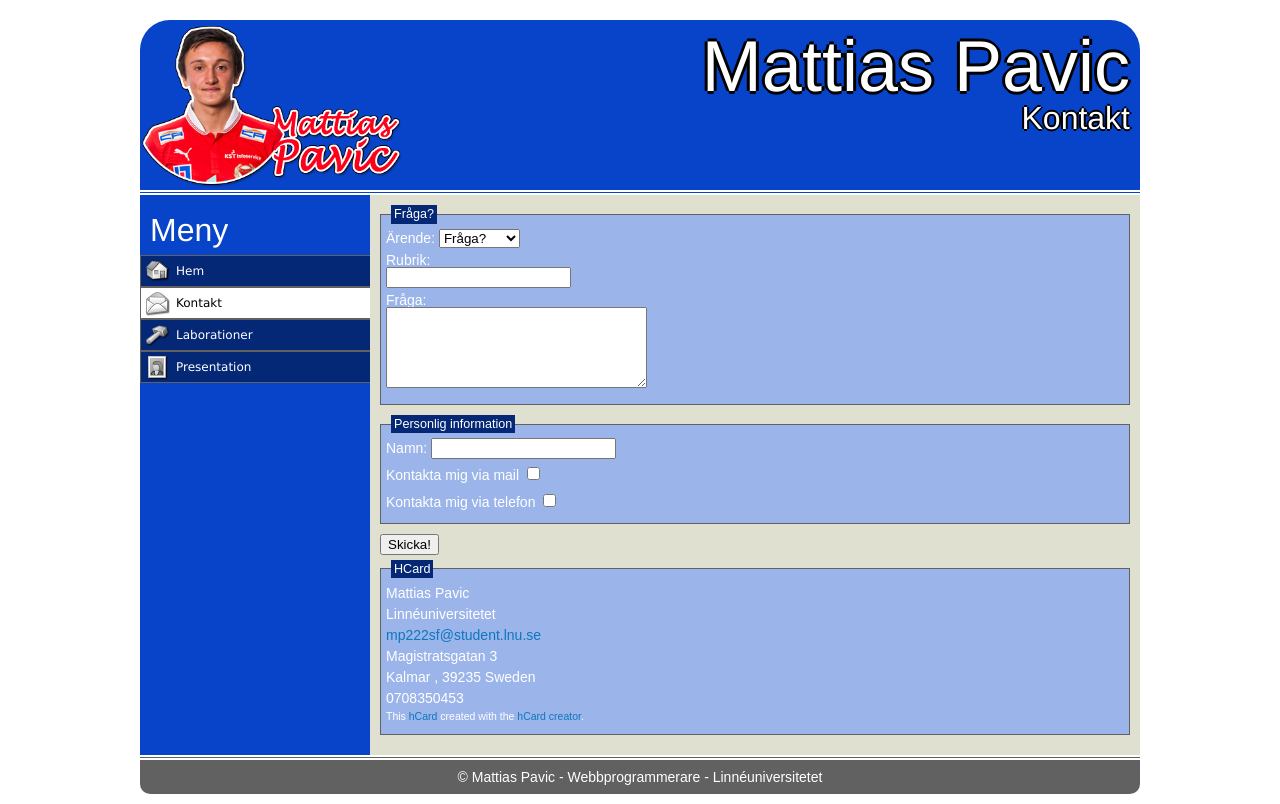
Repository: mp222sf/1ik415-laborationer
Page: pages/kontakt.html
The author's editor kept a record of every edit. The page is drawn from the files as they stood at one moment, then again after the next edit.
The browser window is 1280 px wide. The pictures show the whole page.

Above is the page before.

After the next edit:
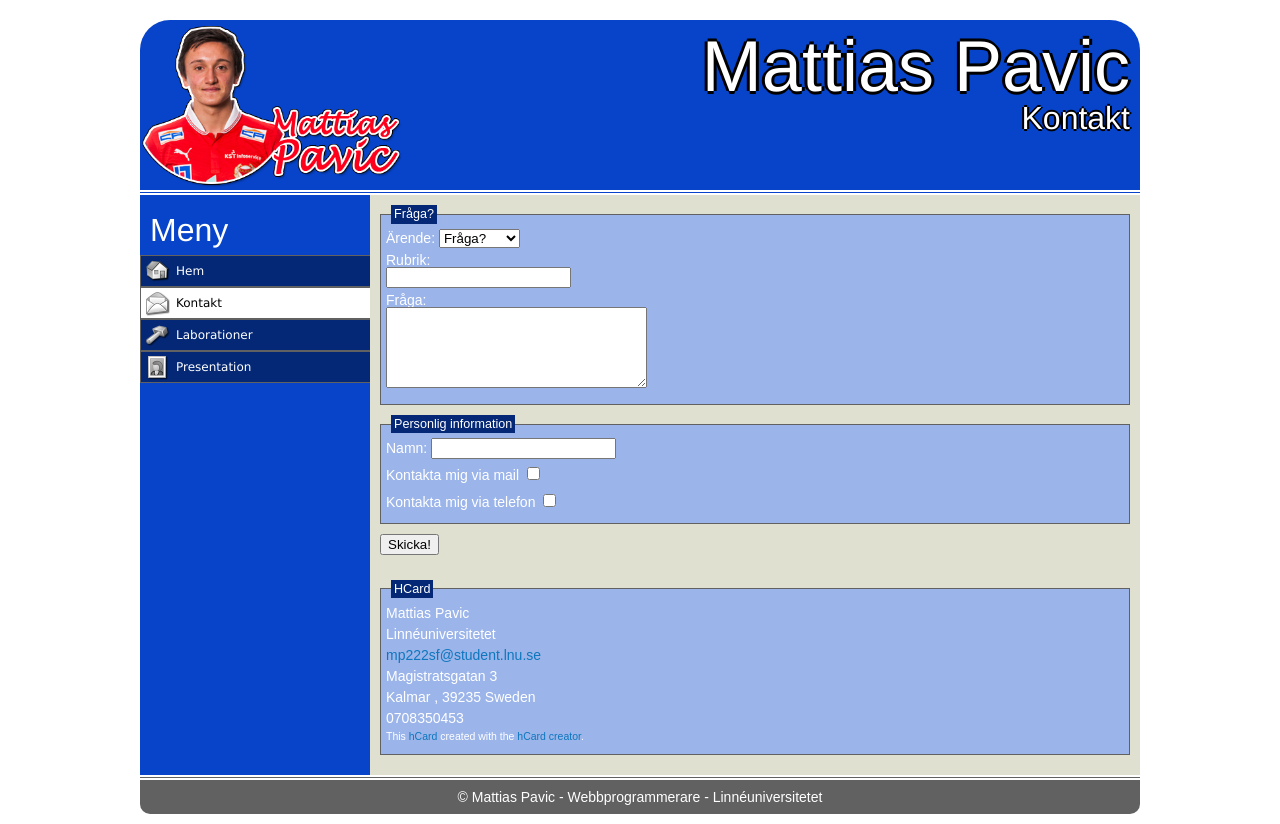
The edit:
--- a/pages/kontakt.html
+++ b/pages/kontakt.html
@@ -48,7 +48,7 @@
                     <p class="form"></p>
                     <p class="form"><input type="submit" value="Skicka!" /></p>
                 </form>
-
+                <div class="space"></div>
 
                 <fieldset>
                 <legend>HCard</legend>
